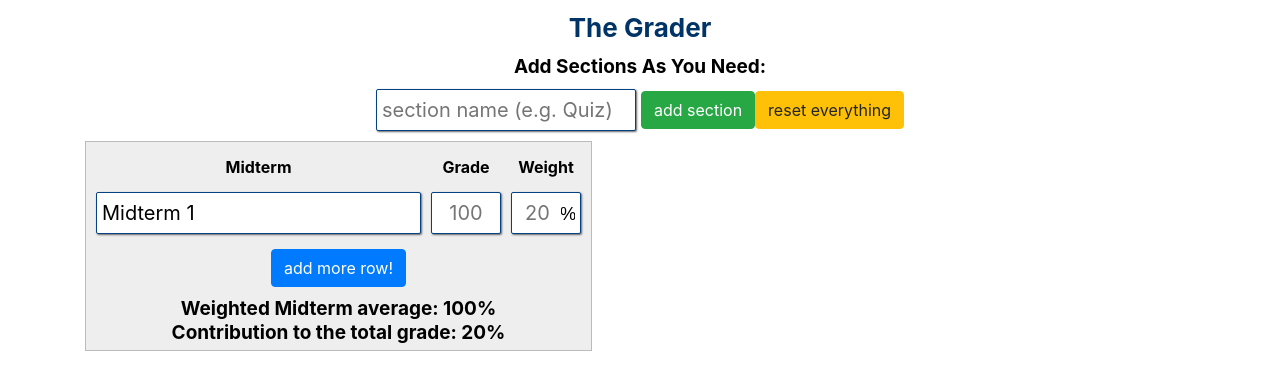
Repository: BarishNamazov/BarishNamazov.github.io
Page: thegrader/index.html
These files come from the project's save history. The page is drawn as it stood at one moment and after the next save; the edit follows.
The browser window is 1280 px wide. The pictures show the whole page.

Above is the page before, as saved 2020-10-31 18:41:11.

After the next save:
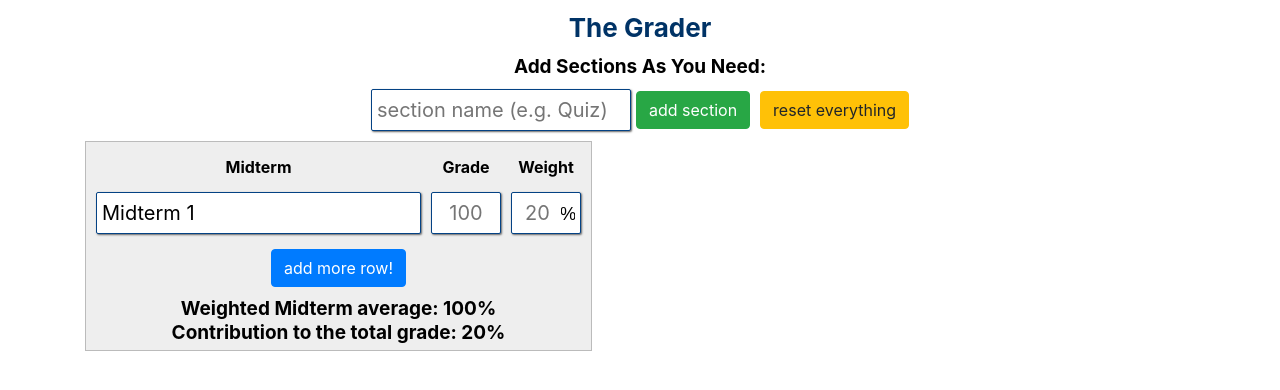
Saved 29 s later.
--- a/thegrader/index.html
+++ b/thegrader/index.html
@@ -21,7 +21,7 @@
           <h3>Add Sections As You Need:</h3>
 
           <div class="divSectionAdder">
-            <input type="text" class="sectionName" placeholder="section name (e.g. Quiz)"><button valign="center" class="btn btn-success sectionAdder" id="sectionAdder">add section</button><span></span><button valign="center" class="btn btn-warning resetter">reset everything</button>
+            <input type="text" class="sectionName" placeholder="section name (e.g. Quiz)"><button valign="center" class="btn btn-success sectionAdder" id="sectionAdder">add section</button><button style="margin-left: 10px" valign="center" class="btn btn-warning resetter">reset everything</button>
           </div>
 
           <table class="gradePanel">
